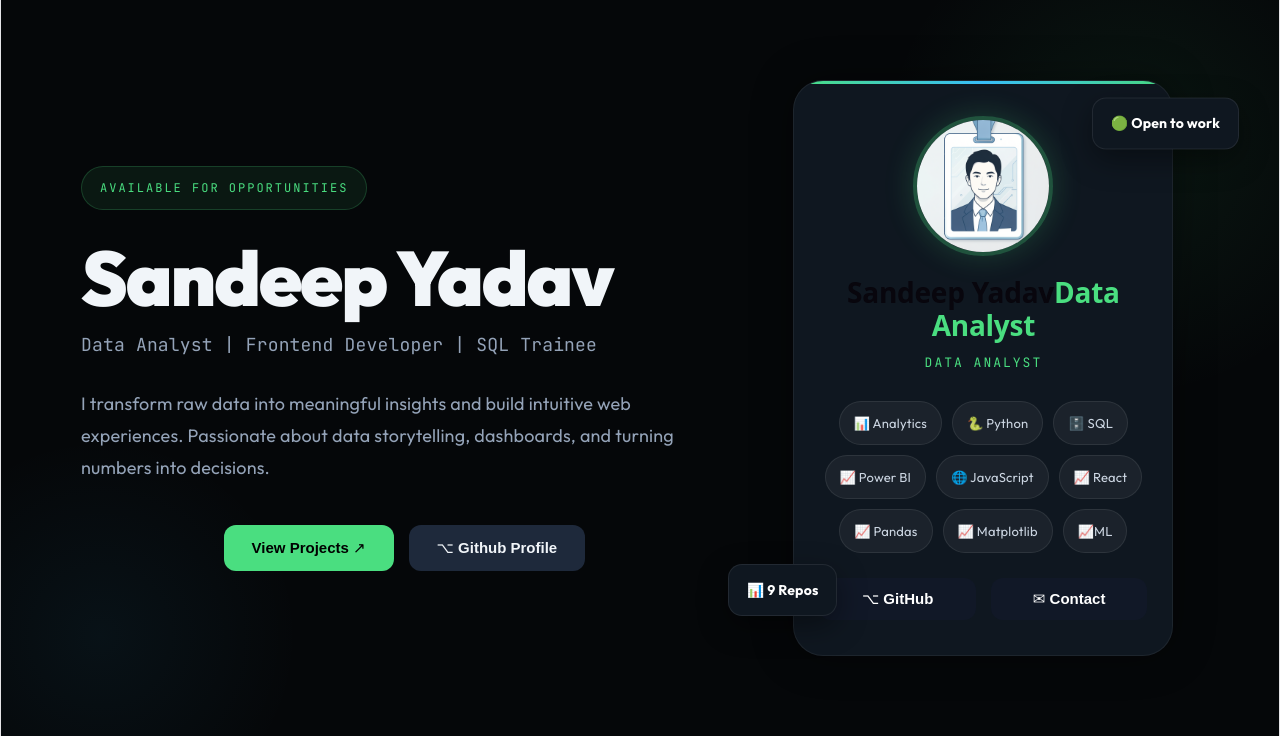
Repository: SandeepYadav18717/sandeepyadav
Page: / (app in Datanaltics_ portfolio/)
The author's editor kept a copy of each file at every save. The page is drawn from the files as they stood at one save, then again after the next save.
The browser window is 1280 px wide. The pictures show the whole page.
The project was rebuilt for these pictures with package versions that can differ from the ones it lists, and the page was loaded fresh each time. Also part of the build but not shown: Datanaltics_ portfolio/vite.config.js, Datanaltics_ portfolio/src/App.css.

Above is the page before, as saved 2026-05-23 06:11:02.

After the next save:
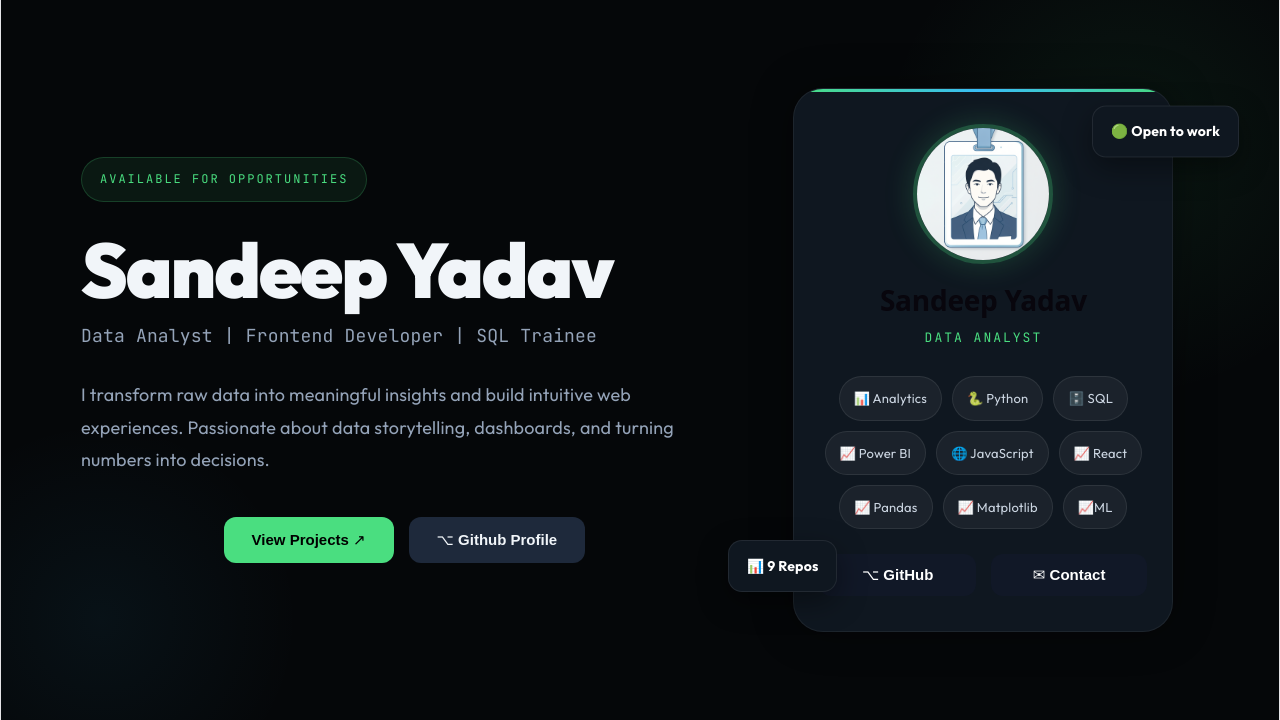
Saved 5 s later.
--- a/Datanaltics_ portfolio/src/Css/Main.css
+++ b/Datanaltics_ portfolio/src/Css/Main.css
@@ -370,13 +370,6 @@ button:hover {
 }
 
 /* NAME */
-.profile-name::after{
-      content:"Data Analyst";
-
-  animation:roles 6s infinite;
-
-  color:#4ade80;
-}
 .profile-name{
 
   font-size:28px;
